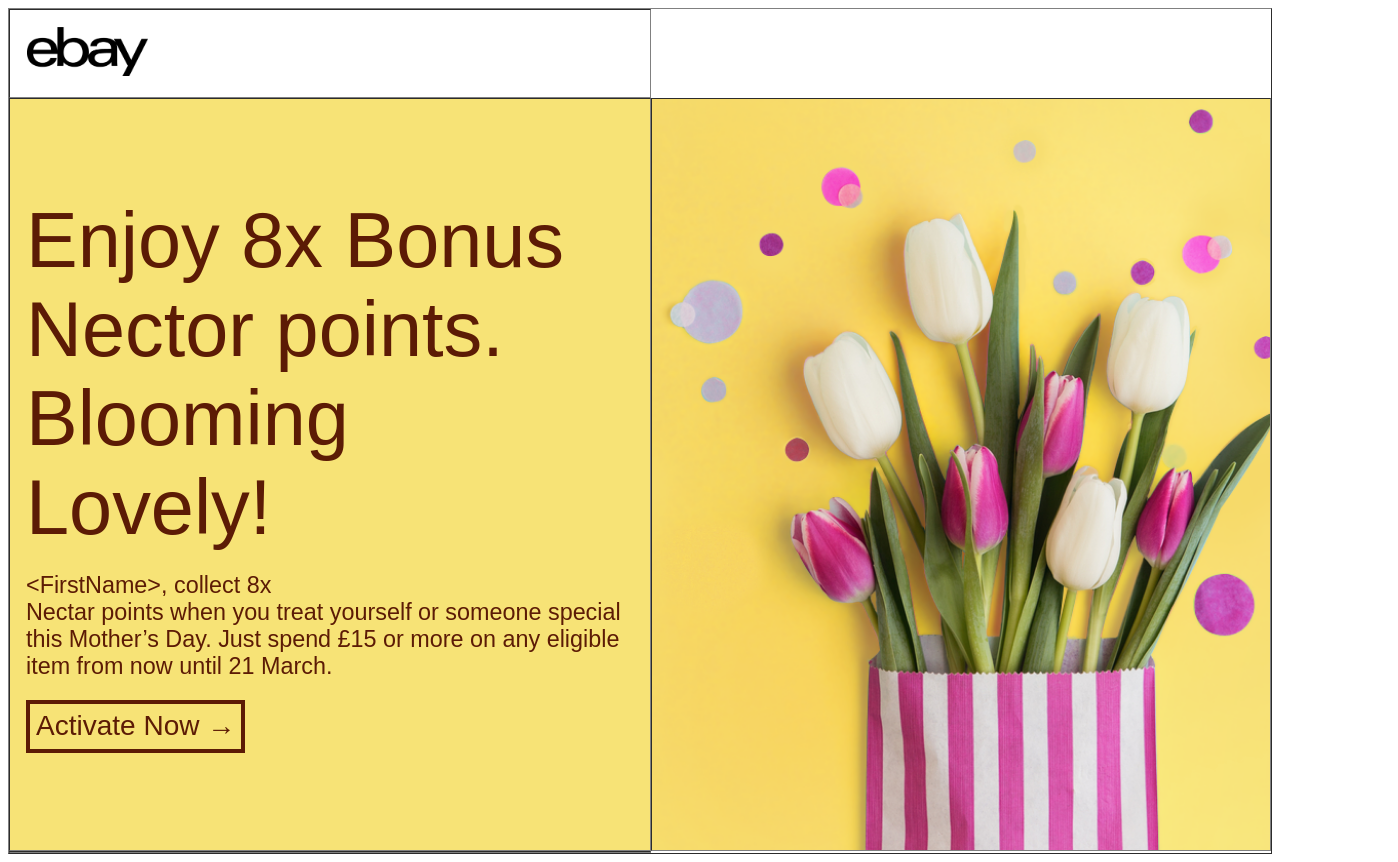
Repository: AnkurDevv/feed-dev-test
Page: index.html
An editor plug-in stored every save of this project. The page is shown before and after the next save, followed by the edit.
The browser window is 1280 px wide. The page is 1280 px wide, then 1398 px, so the pictures cover 1398 px, including what lies to the right of the window. The pictures show the whole page.

Above is the page before, as saved 2020-03-28 18:55:45.

### index.html
<!DOCTYPE html>
<!--[if lt IE 7]>      <html class="no-js lt-ie9 lt-ie8 lt-ie7"> <![endif]-->
<!--[if IE 7]>         <html class="no-js lt-ie9 lt-ie8"> <![endif]-->
<!--[if IE 8]>         <html class="no-js lt-ie9"> <![endif]-->
<!--[if gt IE 8]><!-->
<html>
<!--<![endif]-->

<head>
  <meta charset="utf-8">
  <meta http-equiv="X-UA-Compatible" content="IE=edge">
  <title></title>
  <meta name="description" content="">
  <meta name="viewport" content="width=device-width, initial-scale=1">
  <link rel="stylesheet" href="./style/index.css">
</head>

<body>
  <table border="1" cellpadding="0" cellspacing="0" height="100%" width="100%" id="bodyTable">

    <!-- HEADER ROW - START  -->
    <tr>
      <td>
        <table cellpadding="5" cellspacing="12" width="640" align="left" border="0" id="EmailHeader">
          <tr>
            <td valign="middle" id="EmailHeading">
              <img src="img/logo.png" alt="ebay-logo" id="ebay-logo">
            </td>
          </tr>
        </table>
      </td>
    </tr>
    <!-- HEADER ROW - START  -->

    <!-- HERO BODY - START  -->
    <tr cellpadding="4" cellspacing="12" width="100%" border="1" id="HeroBodyWrapper">

      <!-- HERO CONTENT -START -->
      <td id="heroContentWrapper">
        <table cellpadding="4" cellspacing="12" width="100%" align="left" border="0" id="heroContent">
          <!-- HERO MAIN HEADLINE - START -->
          <tr>
            <td id="heroMainHeading">
              Enjoy 8x Bonus Nector points.</br>
              Blooming <br>
              Lovely!
            </td>
          </tr>
          <!-- HERO MAIN HEADLINE - END -->

          <!-- HERO SUB-HEADING - START -->
          <tr>
            <td id="heroSubHeading">
              &lt;FirstName&gt;, collect 8x </br> Nectar points when you treat yourself or someone special this Mother’s
              Day.
              Just
              spend £15 or more on any eligible item from now until 21 March.
            </td>
          </tr>
          <!-- HERO SUB-HEADING - END -->

          <!-- HERO CTA - START -->
          <tr>
            <td id="heroCTAContainer">
              <button id="heroCTA">
                Activate Now <strong>&rarr;</strong>
              </button>
            </td>
          </tr>
          <!-- HERO CTA - END -->

          <!-- HERO IMAGE AT 480PX - START -->
          <tr style="display: none;">
            <td>
              FOR SMALL SCREENS IMAGE WILL SHOW HERE
            </td>
          </tr>
          <!-- HERO IMAGE AT 480PX - END -->
        </table>
      </td>
      <!-- HERO CONTENT - END -->

      <!-- HERO SECTION IMAGE FOR DESKTOP - START -->
      <td id=HeroImageContainer" width="65%">
        <img src="img/HeroDesktopBg.png" alt="flower pot image" id="HeroDesktopBg">
      </td>
      <!-- HERO SECTION IMAGE FOR DESKTOP - END -->
    </tr>
    <!-- HERO BODY - END  -->

    <!-- HERO & EVERDAY ESSENTIALS DIVIDER - START -->
    <tr id="dividerContainer">
      <td class="container">

      </td>
    </tr>
    <!-- HERO & EVERDAY ESSENTIALS DIVIDER - END -->

  </table>

  <script src="" async defer></script>
</body>

</html>

### style/index.css
/* HEADER CSS - START */

#bodyTable{
  margin-left: auto;
  margin-right: auto;
}

#ebay-logo{
  width: 20%;
}
/* HEADER CSS - END */

/* HERO BODY CSS - START */
#heroContentWrapper{
  background-color: #f7e376;
}

#heroMainHeading{
  color: #5c1b05!important;
  font-size: 484%;
  font-family: sans-serif;
}

#heroSubHeading{
  color: #5c1b05!important;
  font-family: sans-serif;
  font-size: 146%;
}

#HeroImageContainer{
  padding: 0;
}

#HeroDesktopBg{
  width: 100%;
  height: 100%;
  display: block; /*otherwise it wont occupy the whole container*/
}

#heroCTA{
  border: 4px solid #5c1b05;
  color: #5c1b05;
  background: #f7e376;
  font-family: sans-serif;
  font-size: 175%;
  padding: 1%;
}
/* HERO BODY CSS - END */

/* MAKING EMAIL RESPONSIVE CSS - START */

/* MAKING EMAIL RESPONSIVE CSS - END */

After the next save:
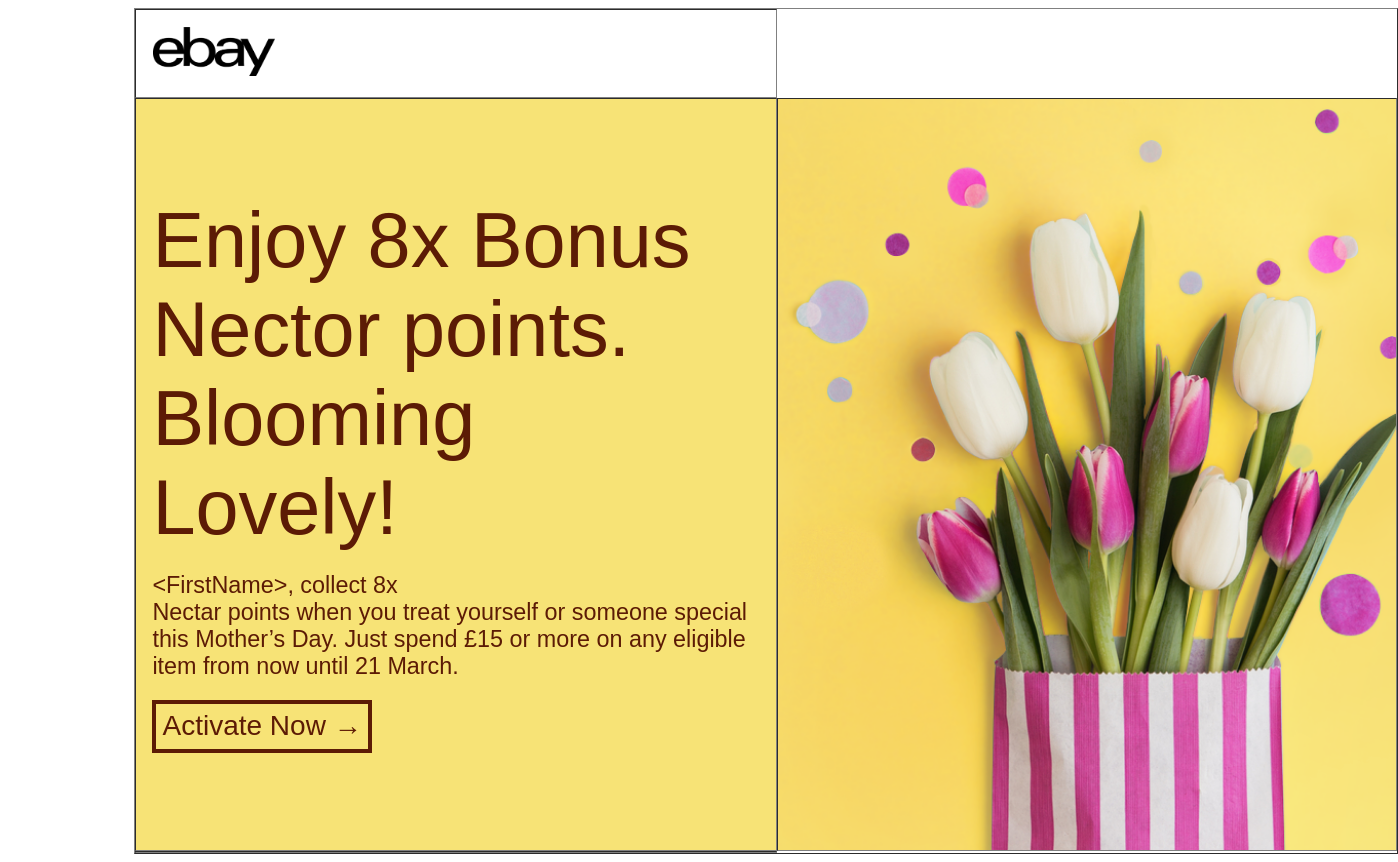
Saved 52 s later.
--- a/style/index.css
+++ b/style/index.css
@@ -1,8 +1,8 @@
 /* HEADER CSS - START */
 
 #bodyTable{
-  margin-left: auto;
-  margin-right: auto;
+  margin-left: 10%;
+  margin-right: 10%;
 }
 
 #ebay-logo{
